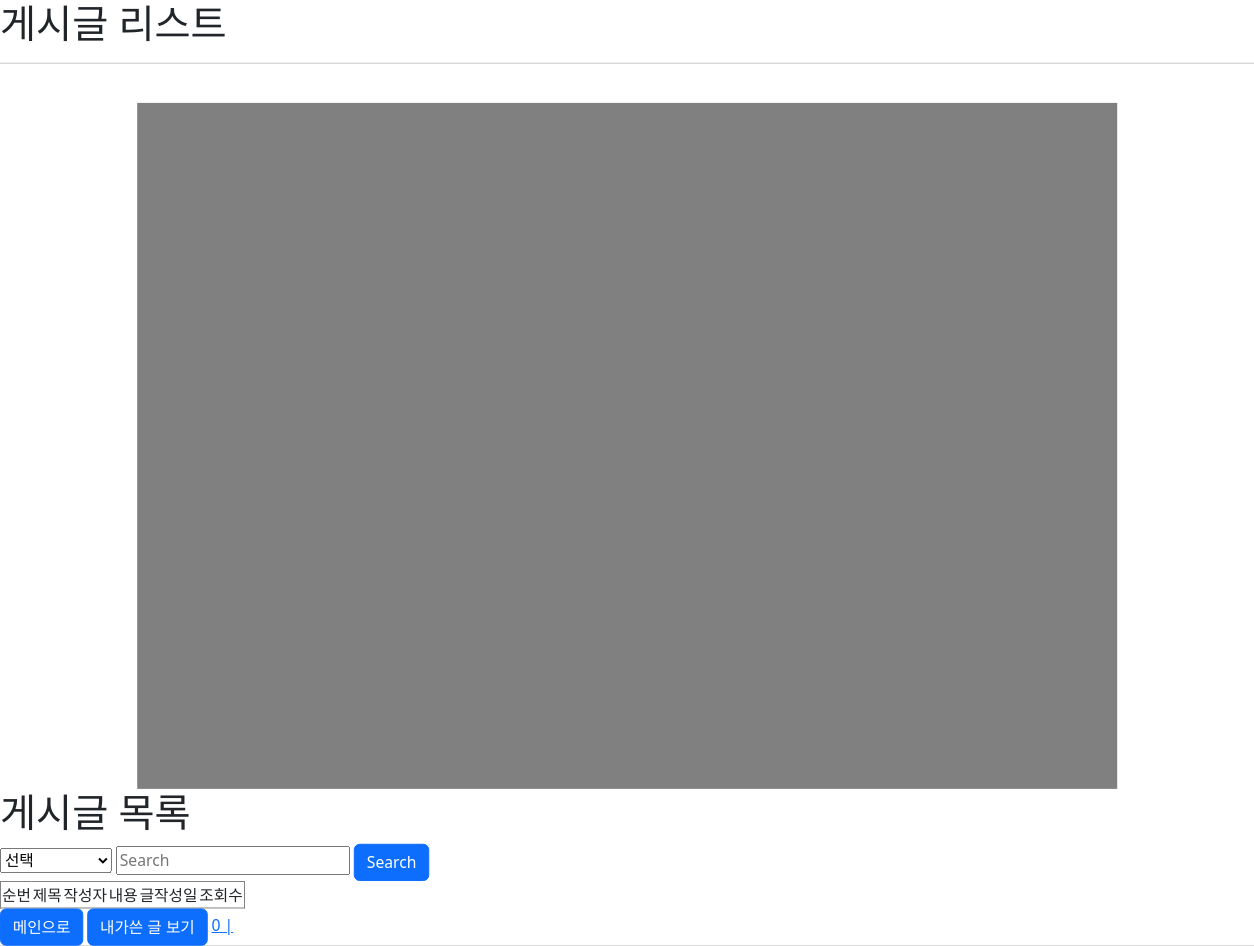
Repository: yangone8249/jsp_project
Page: http://localhost/yang_project/board/BoardList.jsp
The author's editor kept a copy of each file at every save. The page is drawn from the files as they stood at one save, then again after the next save.
The browser window is 1280 px wide. The pictures show the whole page, at 98% of full size.
The page is served by Tomcat 9. The template is opened directly, without the code that normally fills it, so the values that code supplies are empty.

Above is the page before, as saved 2023-06-01 02:04:33.

After the next save:
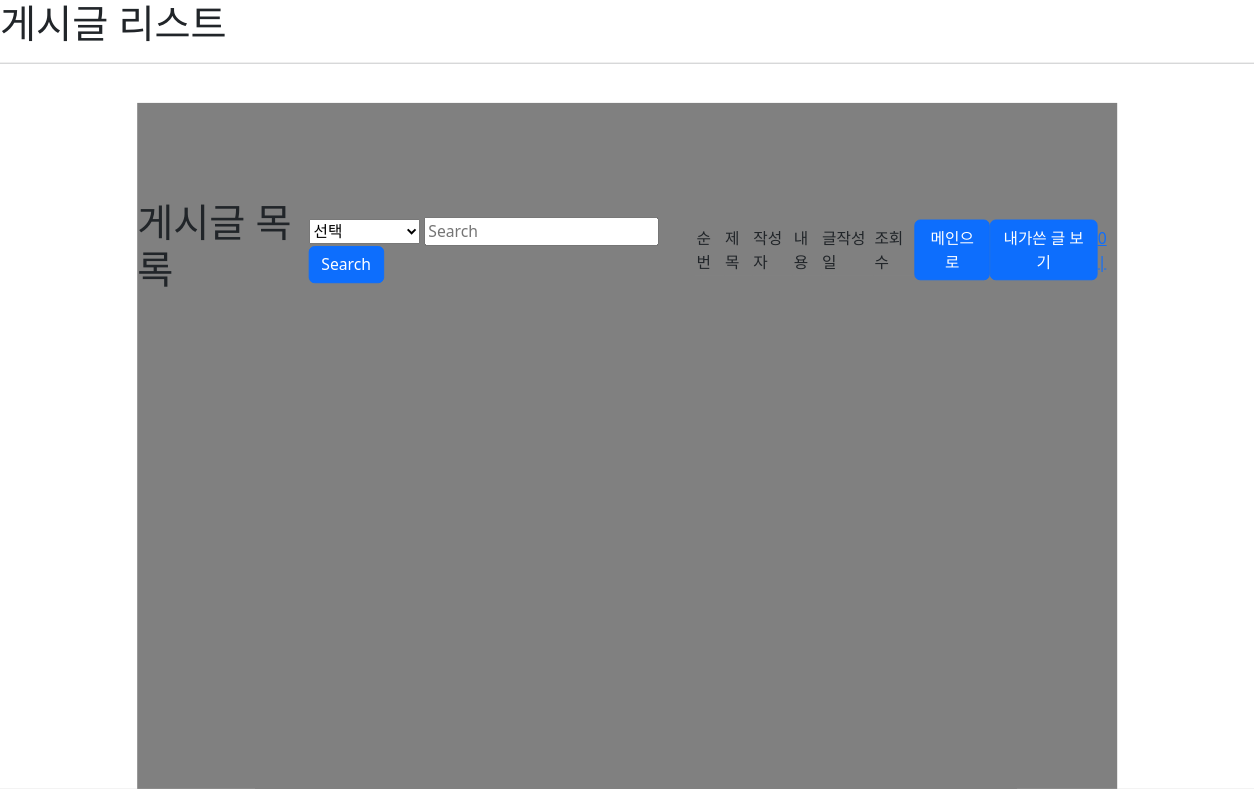
Saved 1 s later.
--- a/yang_project/yang_project/src/main/webapp/board/BoardList.jsp
+++ b/yang_project/yang_project/src/main/webapp/board/BoardList.jsp
@@ -24,7 +24,7 @@
 <body>
 	<h1>게시글 리스트</h1>
 	<hr><br>
-	<div id="content"></div>
+	<div id="content">
 		<h1 id="listTitle">게시글 목록</h1>
 		<form action="/brd/page" method="post" >
 			<div>
